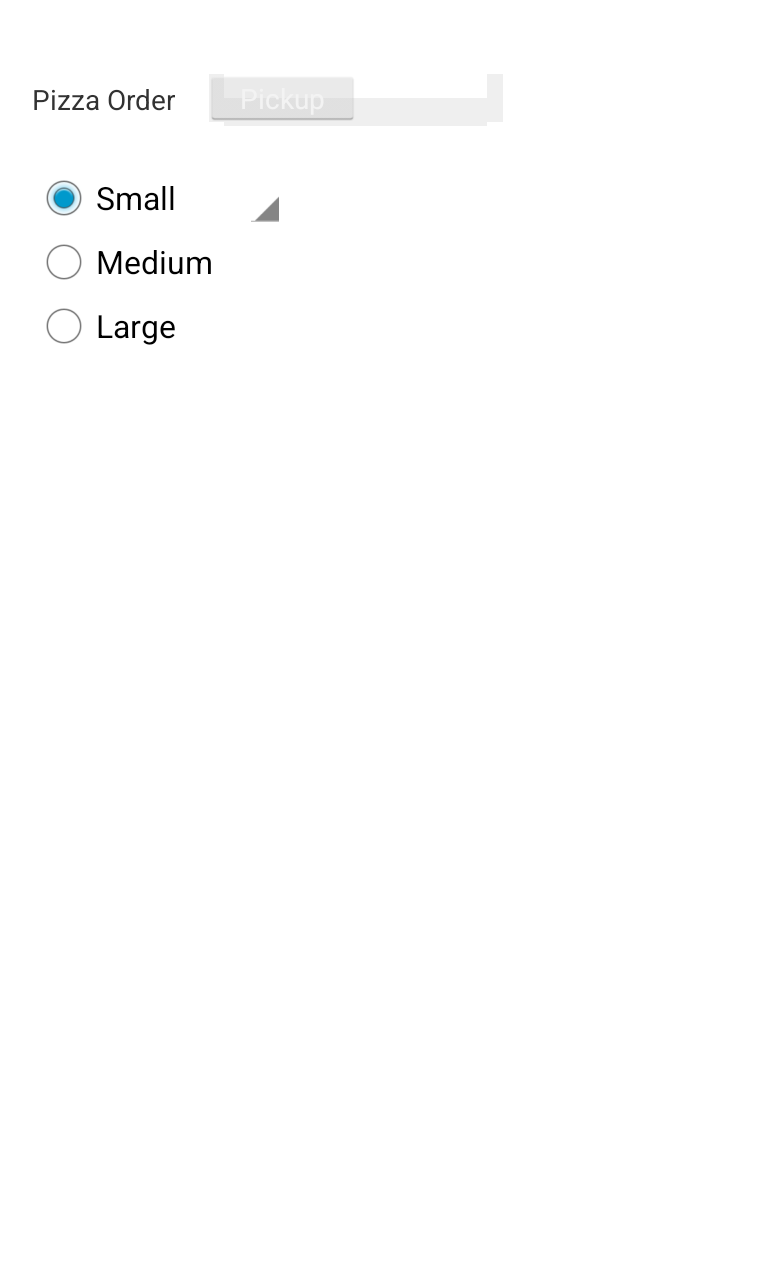
Repository: ericMedeiros93/Android-Dev
Layout: PizzaOrdering/res/layout/activity_main.xml
An editor plug-in stored every save of this project. The layout is shown before and after the next save, followed by the edit.
It is drawn on a 768 x 1280 px phone screen (xhdpi) without system bars, with theme AppTheme; the app's code is not run.

Above is the layout before, as saved 2014-09-17 16:22:21.

After the next save:
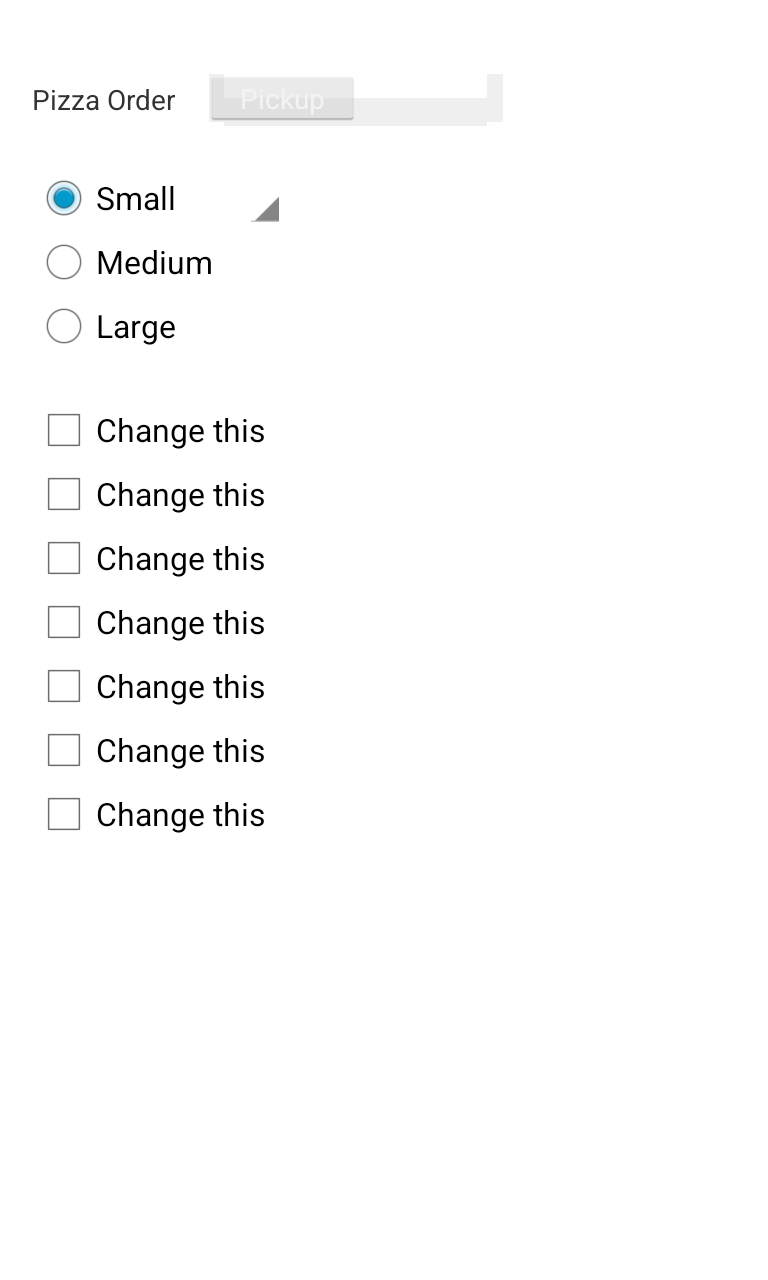
Saved 2 min 4 s later.
--- a/PizzaOrdering/res/layout/activity_main.xml
+++ b/PizzaOrdering/res/layout/activity_main.xml
@@ -71,13 +71,40 @@
             android:layout_marginLeft="15dp" />
     </LinearLayout>
 
-     <LinearLayout
+    <LinearLayout
         android:layout_width="match_parent"
         android:layout_height="wrap_content"
         android:layout_marginTop="20dp"
         android:orientation="vertical" >
 
-
-     </LinearLayout>
+        <CheckBox
+            android:layout_width="wrap_content"
+            android:layout_height="wrap_content"
+            android:text="Change this" />
+        <CheckBox
+            android:layout_width="wrap_content"
+            android:layout_height="wrap_content"
+            android:text="Change this" />
+        <CheckBox
+            android:layout_width="wrap_content"
+            android:layout_height="wrap_content"
+            android:text="Change this" />
+        <CheckBox
+            android:layout_width="wrap_content"
+            android:layout_height="wrap_content"
+            android:text="Change this" />
+        <CheckBox
+            android:layout_width="wrap_content"
+            android:layout_height="wrap_content"
+            android:text="Change this" />
+        <CheckBox
+            android:layout_width="wrap_content"
+            android:layout_height="wrap_content"
+            android:text="Change this" />
+        <CheckBox
+            android:layout_width="wrap_content"
+            android:layout_height="wrap_content"
+            android:text="Change this" />
+    </LinearLayout>
 
 </LinearLayout>
